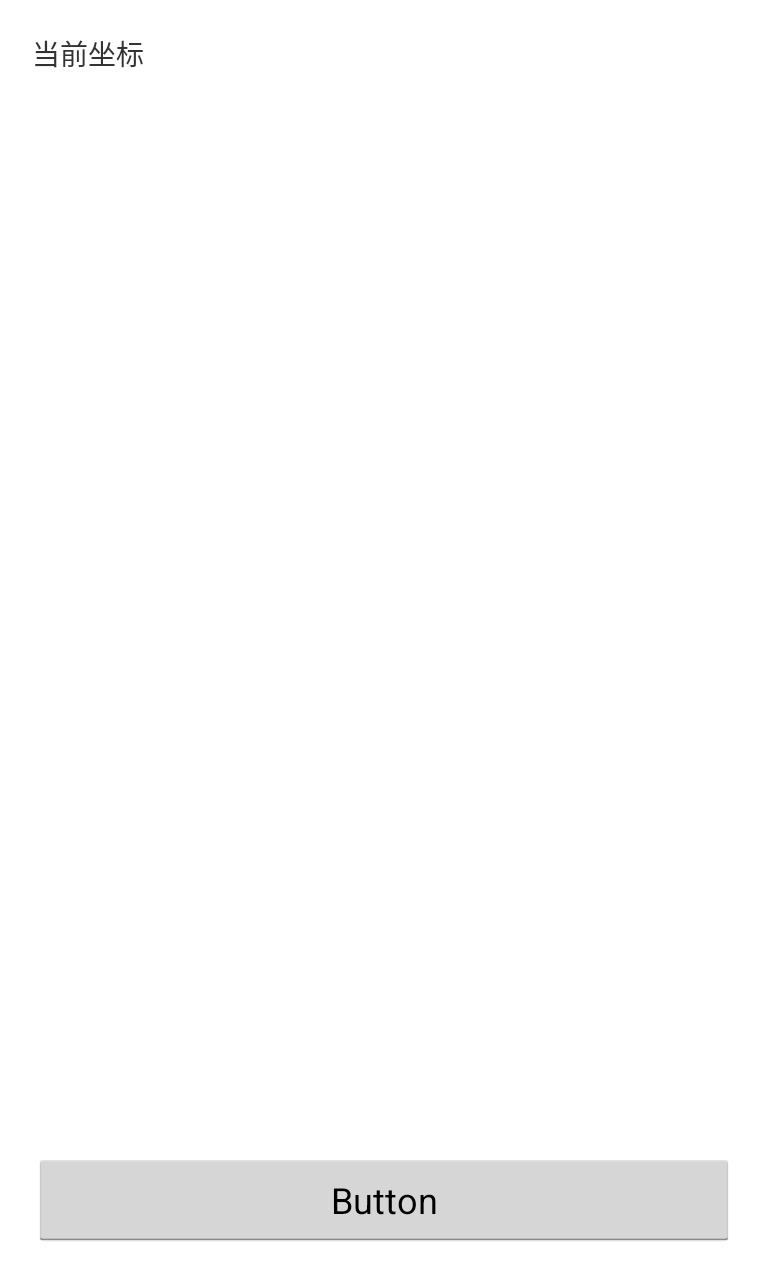
Repository: zjuapp/App
Layout: BaiduMap/res/layout/activity_main.xml
These files come from the project's save history. The layout is drawn as it stood at one moment and after the next save; the edit follows.
It is drawn on a 768 x 1280 px phone screen (xhdpi) without system bars, with theme AppTheme; the app's code is not run.

Above is the layout before, as saved 2013-11-16 09:46:59.

After the next save:
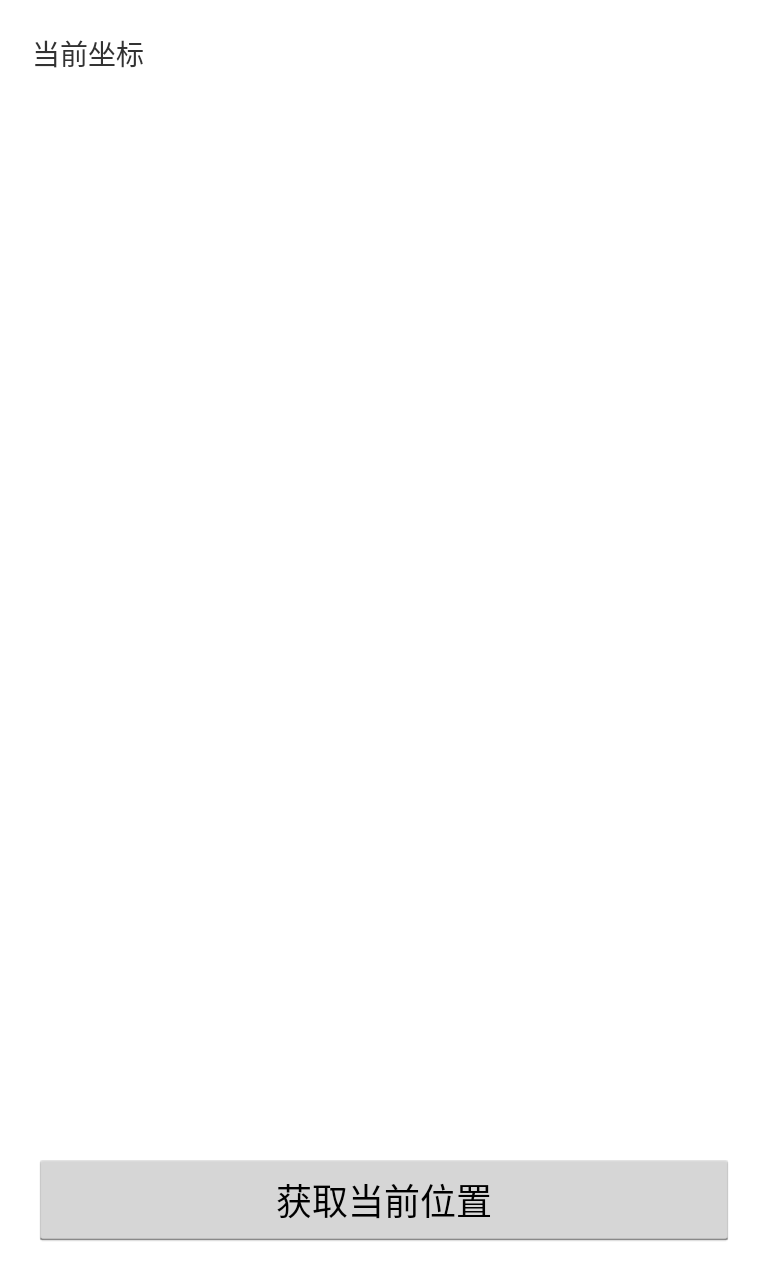
Saved 11 s later.
--- a/BaiduMap/res/layout/activity_main.xml
+++ b/BaiduMap/res/layout/activity_main.xml
@@ -21,6 +21,6 @@
         android:layout_width="match_parent"
         android:layout_height="wrap_content"
         android:layout_marginTop="102dp"
-        android:text="Button" />
+        android:text="获取当前位置" />
 
 </LinearLayout>
